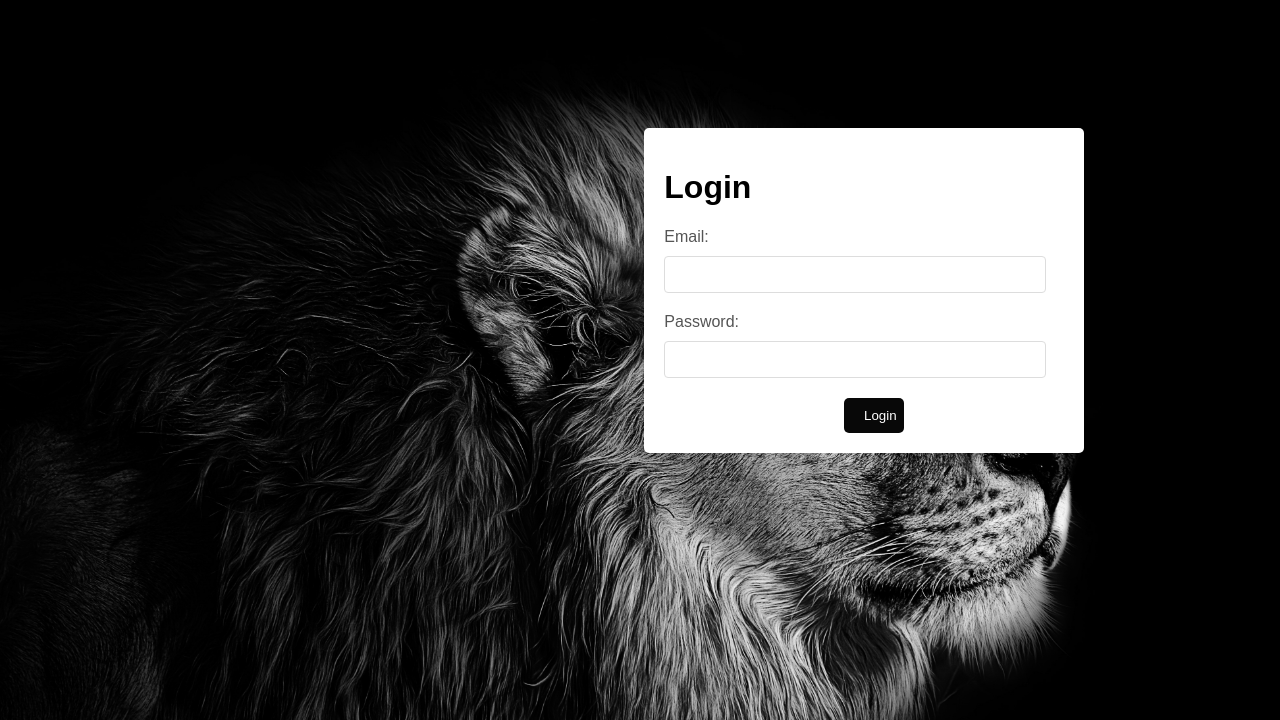
Repository: TemoshoS/User-Profile
Page: http://localhost/login
An editor plug-in stored every save of this project. The page is shown before and after the next save, followed by the edit.
The browser window is 1280 px wide. The pictures show the whole page.
The page is served by the project's Node server (app.js).

Above is the page before, as saved 2023-08-02 09:04:19.

After the next save:
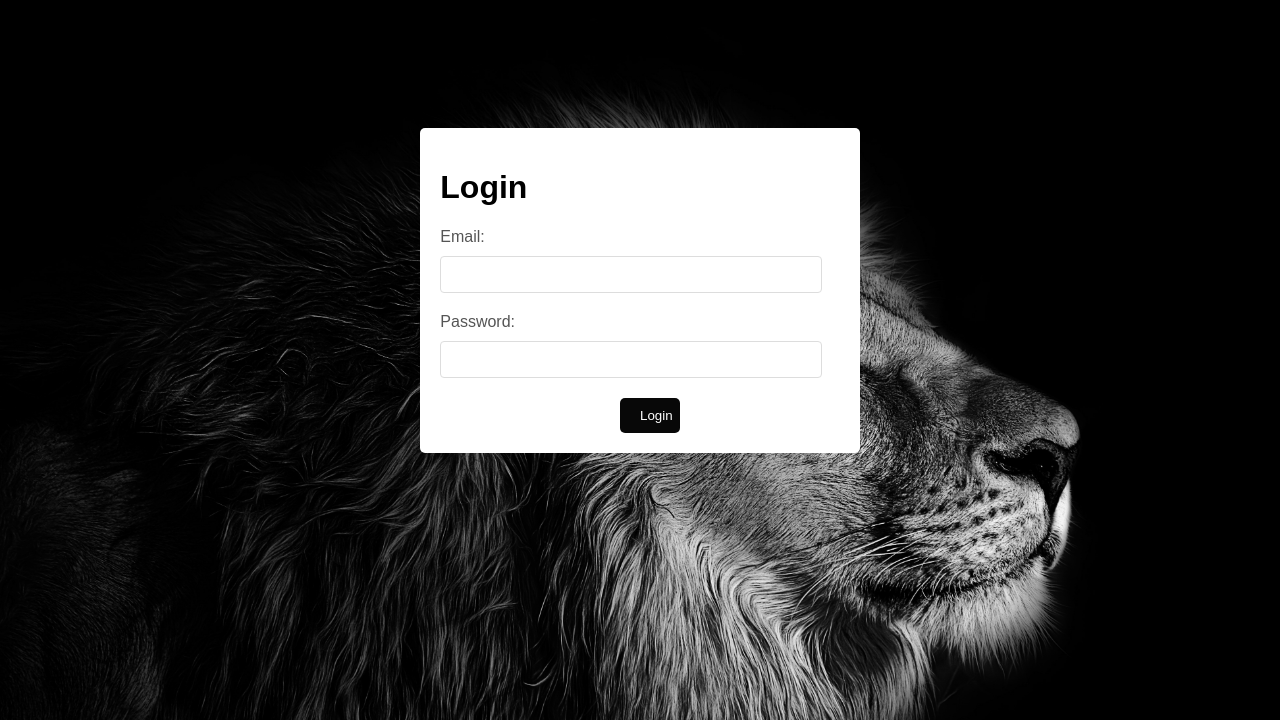
Saved 32 s later.
--- a/public/style.css
+++ b/public/style.css
@@ -14,7 +14,7 @@ body {
 
 form {
   margin-top: 10%;
-  margin-left: 35%;
+
   padding: 20px;
   width: 31.2%;
   background-color: #fff;
